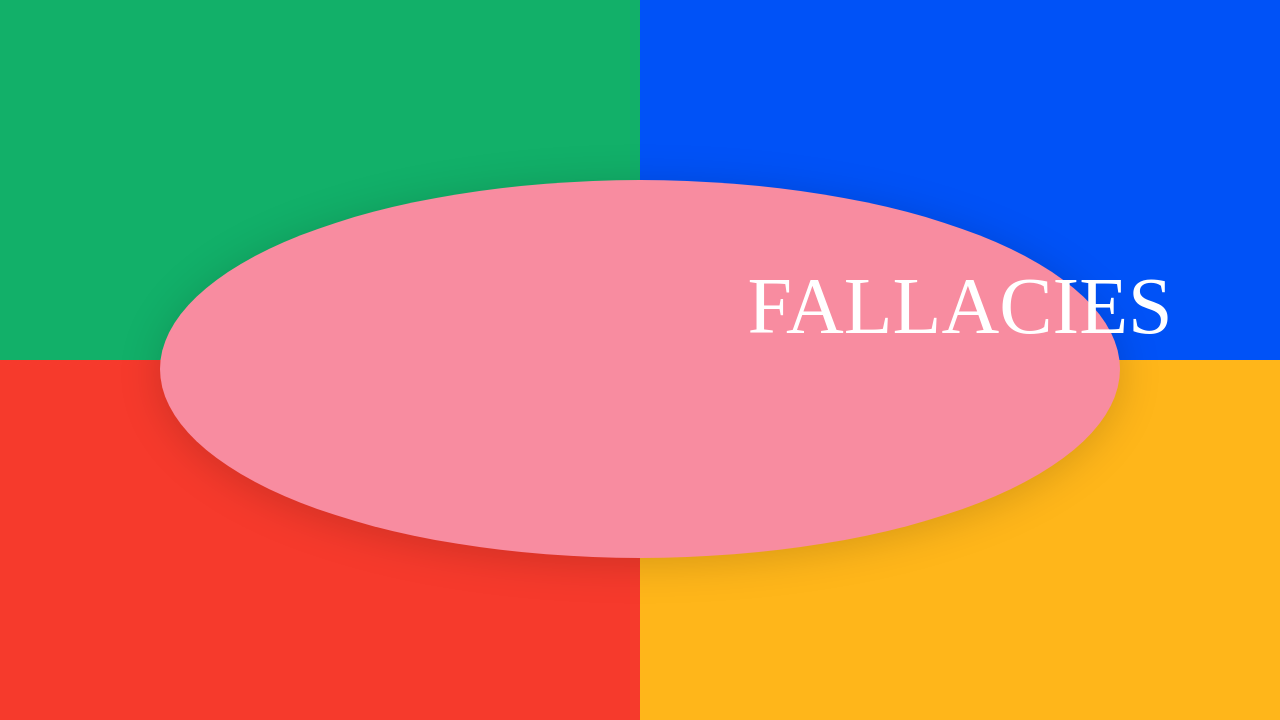
Repository: yafugray/fallacies
Page: project/Midterm project/index.html
An editor plug-in stored every save of this project. The page is shown before and after the next save, followed by the edit.
The browser window is 1280 px wide. The pictures show the whole page.

Above is the page before, as saved 2020-03-12 19:18:08.

### project/Midterm project/index.html
<!DOCTYPE html>
<html lang="en">
<head>
    <meta charset="UTF-8">
    <meta name="viewport" content="width=device-width, initial-scale=1.0">
    <title>Fallacies</title>
    <link href="app.css" rel="stylesheet">
</head>
<body>
    <div id="Mainpage">
        <div id="rec1"></div>
        <div id="rec2"></div>
        <div id="rec3"></div>
        <div id="rec4"></div>
        <div id="group1">
            <svg class="ellipse">
                <ellipse fill="rgba(248,140,160,1)" id="Ellipse_8" rx="75%" ry="75%" cx="50%" cy="75%">
                </ellipse>
            </svg>
            <div id="fallacies">
                <span>FALLACIES</span>
            </div>
        </div>
    </div>
</body>
</html>

### project/Midterm project/app.css
* {
    margin: 0;
    padding: 0;
    box-sizing: border-box;
    border: none;
}

#Mainpage {
    position: absolute;
    width: 100vw;
    height: 100vh;
    background-color: azure;
    overflow: hidden;
}
@keyframes fadein {

    0% {
        opacity: 0;
    }
    100% {
        opacity: 1;
    }

}

#rec1 {
	position: absolute;
	overflow: visible;
	width: 50vw;
	height: 50vh;
	left: 0px;
    top: 0px;
    background-color: rgba(18,176,105,1);
}
#rec4 {
	position: absolute;
	overflow: visible;
	width: 50vw;
	height: 50vh;
	left: 0px;
    bottom: 0px;
    background-color: rgba(246,58,44,1);
}
#rec2 {
	position: absolute;
	overflow: visible;
	width: 50vw;
	height: 50vh;
	right: 0px;
    top: 0px;
    background-color: rgba(0,82,247,1);
}
#rec3 {
	position: absolute;
	overflow: visible;
	width: 50vw;
	height: 50vh;
	right: 0px;
    bottom: 0px;
    background-color: rgba(255,182,26,1);
}

#group1 {
    position: relative;
	/* height: 100vh; */
	height: 35vh;
    left: 25%;
    right: 25%;
    top: 25%;
    bottom: 25%;
    /* background-size: contain; */
	overflow: visible;
	--web-animation: fadein 0.3s ease-out;
	--web-action-type: page;
	--web-action-target: custom___2.html;
    cursor: pointer;
    /* transform: translate( -50%, -50% ); */
    /* top:50%;
    left: 50%; */
}

.ellipse {
    filter: drop-shadow(0px 5px 20px rgba(0, 0, 0, 0.161));
	position: absolute;
	overflow: visible;
	width: 50vw;
	height: 35vh;
    left: 0px;
    right:0px;
    top: 0px;
    bottom: 0px;
}

#fallacies {
    /* filter: drop-shadow(0px 5px 10px rgba(0, 0, 0, 0.161));
    font-family: TitlingGothicFB Narrow;
    font-style: normal;
    font-weight: bold;
    font-size: 8em;
    width: 50vw;
    padding: 5px 10px;
	color: white;
	text-align: center;
	position: relative;
	top: 55%;
	left: 21%;
    transform: translate( -50%, -50% ); */
    position: absolute;
    top:50%;
    left:50%;
    transform: translate(-50%, -50%);
    font-size:5rem;
    color: white;
    z-index: 2;
    text-align: center;

}

After the next save:
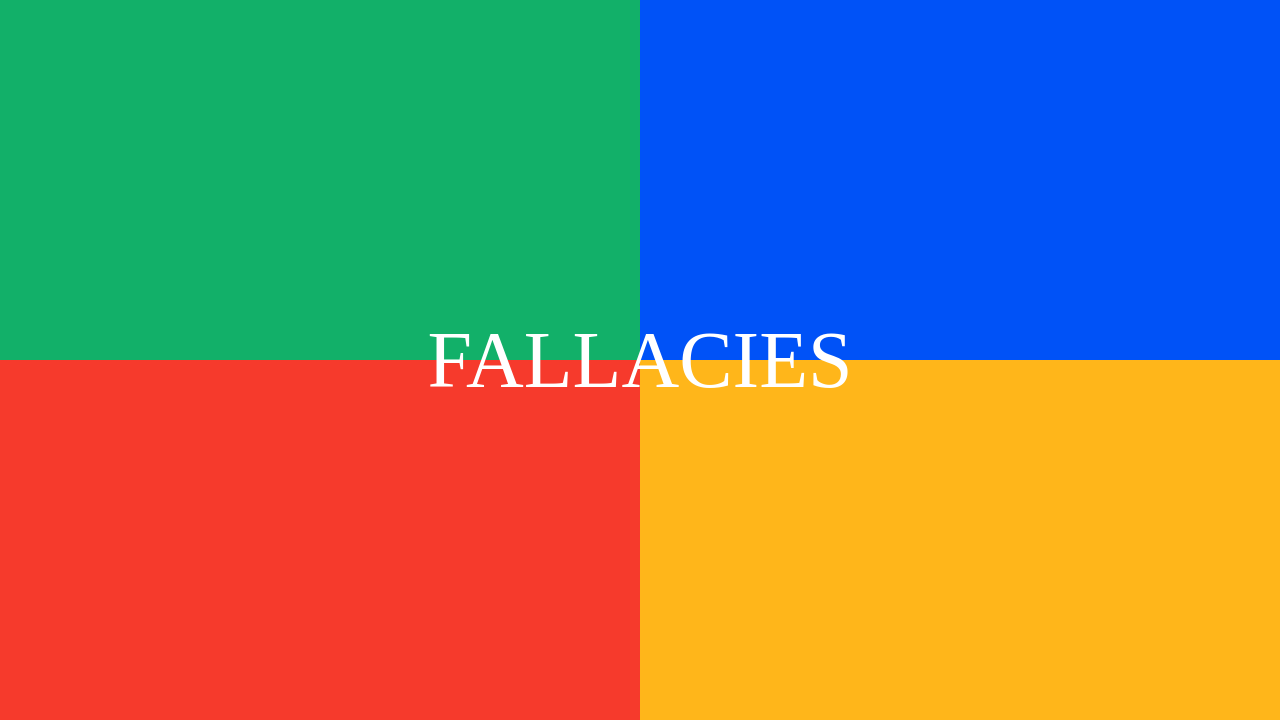
Saved 30 s later.
--- a/project/Midterm project/app.css
+++ b/project/Midterm project/app.css
@@ -60,7 +60,7 @@
     background-color: rgba(255,182,26,1);
 }
 
-#group1 {
+/* #group1 { */
     position: relative;
 	/* height: 100vh; */
 	height: 35vh;

After the 2 saves that followed:
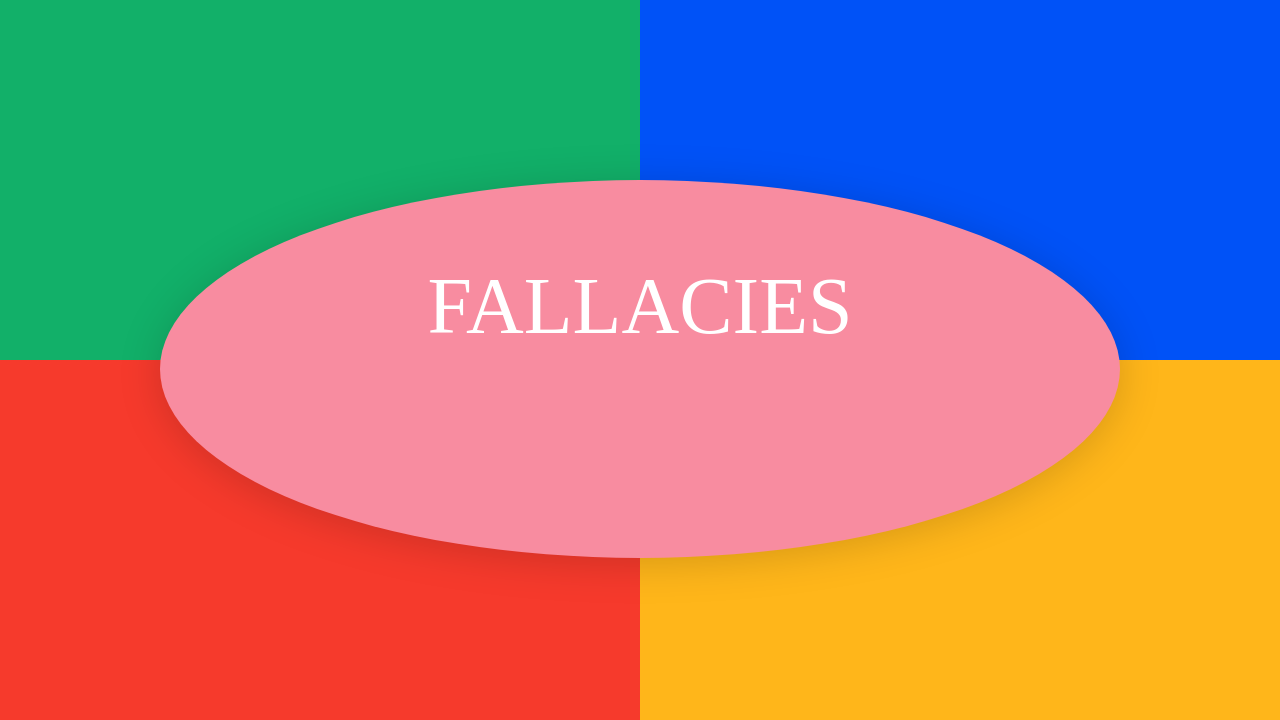
The 2 saves are shown as one change because they came seconds apart.
The last was saved 11 s later.
--- a/project/Midterm project/app.css
+++ b/project/Midterm project/app.css
@@ -60,8 +60,8 @@
     background-color: rgba(255,182,26,1);
 }
 
-/* #group1 { */
-    position: relative;
+#group1 {
+    position: absolute;
 	/* height: 100vh; */
 	height: 35vh;
     left: 25%;
